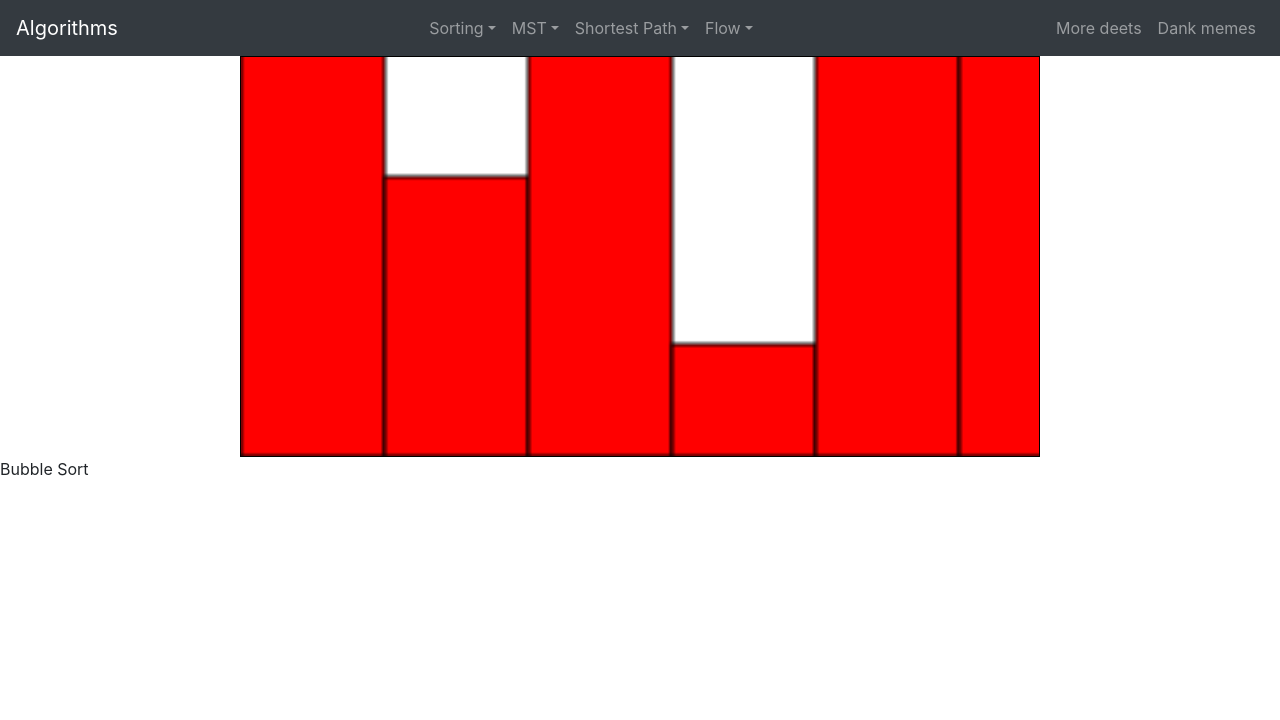
Repository: dkasima1/Algorithm-Visualizations
Page: /Sorting/Bubble_Sort
These files come from the project's save history. The page is drawn as it stood at one moment and after the next save; the edit follows.
The browser window is 1280 px wide. The pictures show the whole page.
The project was rebuilt for these pictures with package versions that can differ from the ones it lists, and the page was loaded fresh each time.

Above is the page before, as saved 2020-06-29 23:44:52.

### src/App.js
import React from 'react';
import { BrowserRouter as Router, Route, Switch } from 'react-router-dom';
import NavigationBar from './components/NavigationBar'
import 'bootstrap/dist/css/bootstrap.min.css';
import Bubble_Sort from "./components/Sorting/Bubble_Sort"
import BarGraph from "./components/Graph/BarGraph"

function App() {
  return (
    <React.Fragment>
      <Router>
        <NavigationBar />
        <BarGraph />
        <Switch>
          <Route path="/Sorting/Bubble_Sort" component={ Bubble_Sort } />
        </Switch>
      </Router>
    </React.Fragment>
  );
}

export default App;

### src/components/NavigationBar.js
import React from 'react';
import { Navbar, Nav, NavDropdown} from 'react-bootstrap';
import { Link } from 'react-router-dom'

function NavigationBar() {
    return (
        <div>
            <Navbar collapseOnSelect expand="lg" bg="dark" variant="dark">
                <Navbar.Brand href="#home">Algorithms</Navbar.Brand>
                <Navbar.Toggle aria-controls="responsive-navbar-nav" />
                <Navbar.Collapse id="responsive-navbar-nav">
                    <Nav className="m-auto">
                    <NavDropdown title="Sorting" id="collasible-nav-dropdown">
                        <NavDropdown.Item as={Link} to="/Sorting/Bubble_Sort">Bubble Sort</NavDropdown.Item>
                        <NavDropdown.Item  as={Link} to="/Sorting/Selection_Sort">Selection Sort</NavDropdown.Item>
                        <NavDropdown.Item  as={Link} to="/Sorting/Insertion_Sort">Insertion Sort</NavDropdown.Item>
                        <NavDropdown.Divider />
                        <NavDropdown.Item  as={Link} to="/Sorting/Merge_Sort">Merge Sort</NavDropdown.Item>
                        <NavDropdown.Item  as={Link} to="/Quick_Sort">Quick Sort</NavDropdown.Item>
                    </NavDropdown>
                    <NavDropdown title="MST" id="collasible-nav-dropdown">
                        <NavDropdown.Item  as={Link} to="/MST/Prims">Prim's Algorithm</NavDropdown.Item>
                        <NavDropdown.Item  as={Link} to="/MST/Kruskals">Kruskal's Algorithm</NavDropdown.Item>
                    </NavDropdown>
                    <NavDropdown title="Shortest Path" id="collasible-nav-dropdown">
                        <NavDropdown.Item  as={Link} to="/Shortest_Path/Dijkstra's">Dijkstra's</NavDropdown.Item>
                    </NavDropdown>
                    <NavDropdown title="Flow" id="collasible-nav-dropdown">
                        <NavDropdown.Item  as={Link} to="/Flow/Ford_Fulkurson">Ford Fulkurson</NavDropdown.Item>
                    </NavDropdown>
                    </Nav>
                    <Nav>
                    <Nav.Link href="#deets">More deets</Nav.Link>
                    <Nav.Link eventKey={2} href="#memes">
                        Dank memes
                    </Nav.Link>
                    </Nav>
                </Navbar.Collapse>
            </Navbar>
        </div>
    )
}

export default NavigationBar;

### src/components/Sorting/Bubble_Sort.js
import React from 'react';

const Bubble_sort = (props) => (<div>Bubble Sort</div>)

export default Bubble_sort;

### src/components/Graph/BarGraph.js
import React from "react";
import './BarGraph.css';

// https://philna.sh/blog/2018/09/27/techniques-for-animating-on-the-canvas-in-react/#:~:text=To%20get%20a%20ref%20to,to%20the%20ref%20you%20created.&text=Now%20you%20have%20the%20context,and%20animate%20all%20you%20like.

class Canvas extends React.Component {

    constructor(props) {
        super(props);
        this.canvasRef = React.createRef();
    }

    componentDidMount() {

        // Generate an array of random numbers.
        let arr = []
        while (arr.length < 20) {
            var num = Math.floor(Math.random() * 100 + 1);
            if (arr.indexOf(num) === -1) {
                arr.push(num)
            }
        }

        // Generate bars of bargraph
        const canvas = this.canvasRef.current;
        let ctx = canvas.getContext("2d");

        let width = 54;
        let posX = 0;

        ctx.fillStyle = "red";
        ctx.strokeStyle ="black"

        for (let i = 0; i < arr.length; i++) {
            let height = arr[i] * (canvas.width/100);
            ctx.fillRect(posX, canvas.height - height, width, height);
            ctx.strokeRect(posX, canvas.height - height, width, height);
            posX += 54;
        }

        // // Outline Canvas
        // ctx.beginPath();
        // ctx.rect(0, 0, canvas.width, canvas.height);
        // ctx.stroke();
    }
    render() {
        return (
            <div>
                <canvas ref={this.canvasRef}/>
            </div>
        )
    }

    // draw() {

    // }
}

export default Canvas;

### src/components/Graph/BarGraph.css
canvas {
    padding: 0;
    margin: auto;
    display: block;
    width: 800px;
    border: 1px solid black;
}

Loaded but not shown: public/index.html (common file); src/index.js (common file); src/index.css (common file); src/serviceWorker.js (common file)

After the next save:
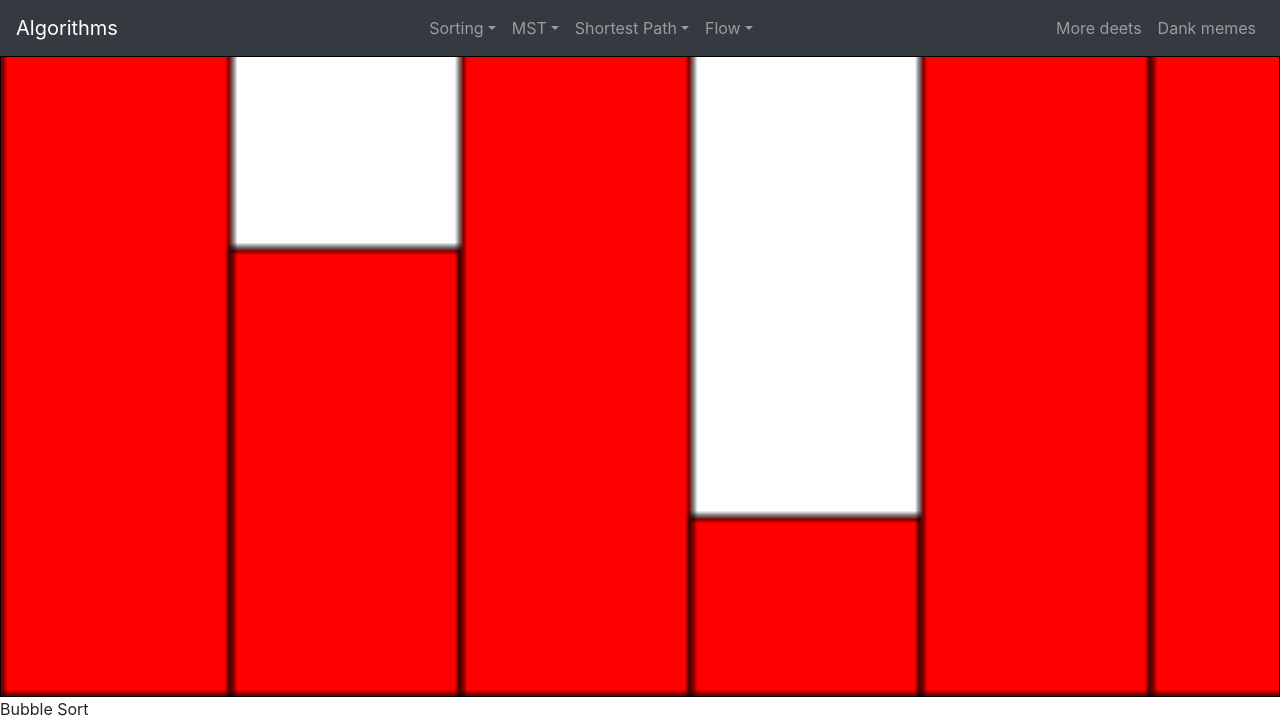
Saved 13 s later.
--- a/src/components/Graph/BarGraph.css
+++ b/src/components/Graph/BarGraph.css
@@ -2,6 +2,6 @@ canvas {
     padding: 0;
     margin: auto;
     display: block;
-    width: 800px;
+    width: 1280px;
     border: 1px solid black;
 }
